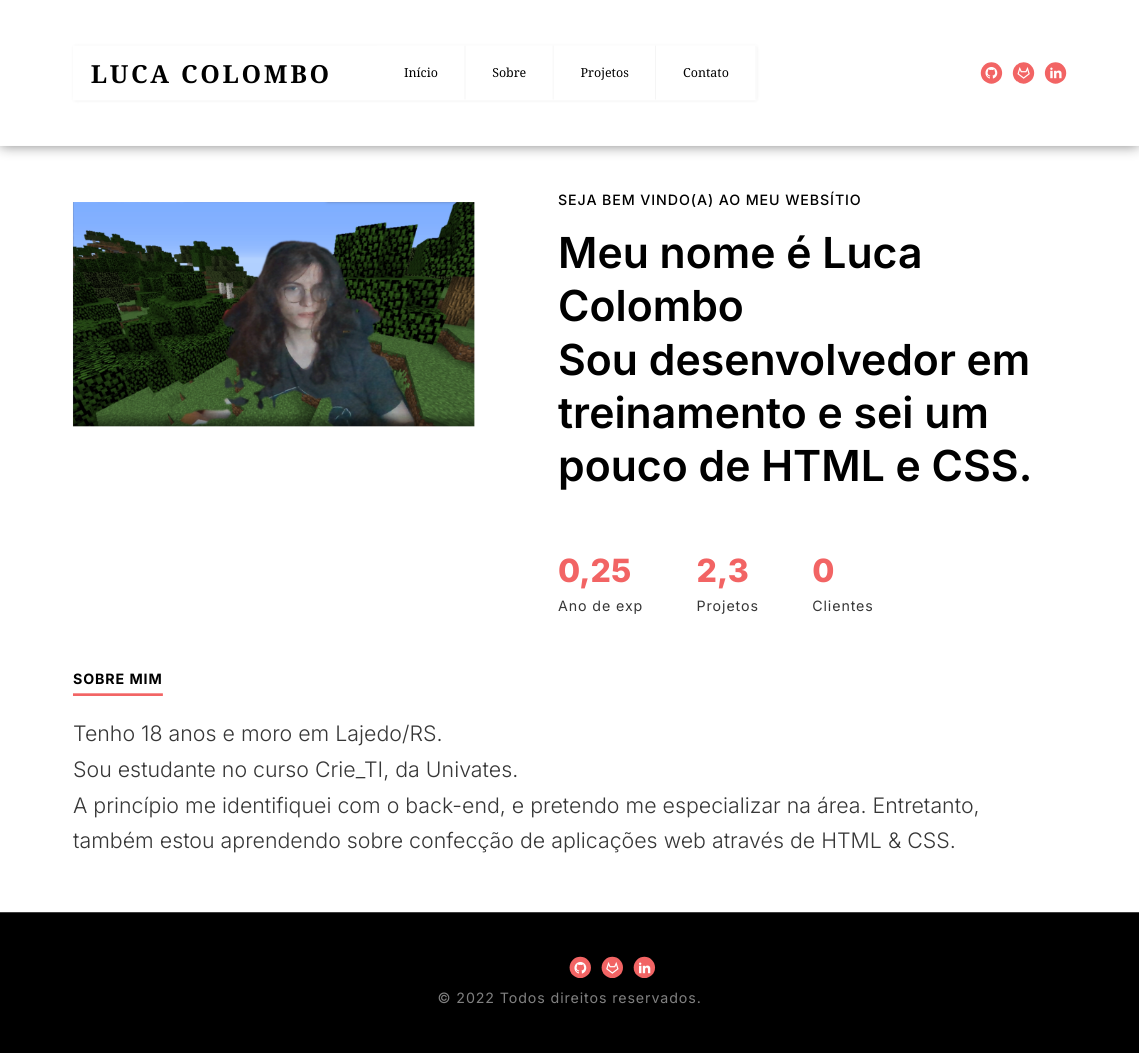
Repository: lxcxcxlxmb/portfolio
Page: index.html
These files come from the project's save history. The page is drawn as it stood at one moment and after the next save; the edit follows.
The browser window is 1280 px wide. The pictures show the whole page, at 89% of full size.

Above is the page before, as saved 2022-05-25 14:25:36.

### index.html
<!doctype html>
<html lang="pt-BR">

<head>
  <!-- Required meta tags -->
  <meta charset="utf-8">
  <meta name="viewport" content="width=device-width, initial-scale=1">
  <!-- Google Fots -->
  <link rel="preconnect" href="https://fonts.googleapis.com">
  <link rel="preconnect" href="https://fonts.gstatic.com" crossorigin>
  <link href="https://fonts.googleapis.com/css2?family=Inter:wght@100;200;300;400;500;600;700;800;900&display=swap"
    rel="stylesheet">
  <!-- Remixicon Icon -->
  <link href="https://cdn.jsdelivr.net/npm/remixicon@2.5.0/fonts/remixicon.css" rel="stylesheet">
  <!-- Remixicon Icon -->
  <!-- Bootstrap CSS -->
  <link href="https://cdn.jsdelivr.net/npm/bootstrap@5.0.2/dist/css/bootstrap.min.css" rel="stylesheet"
    integrity="sha384-EVSTQN3/azprG1Anm3QDgpJLIm9Nao0Yz1ztcQTwFspd3yD65VohhpuuCOmLASjC" crossorigin="anonymous">
  <link href="https://unpkg.com/aos@2.3.1/dist/aos.css" rel="stylesheet">
  <!-- Main CSS -->
  <link href="styles.css" rel="stylesheet">
  <link rel="stylesheet" href="reset.css">


  <title>portfolio</title>
</head>

<body>

  <!-- header -->
  <header class="ds-header" id="site-header">
    <div class="container">
      <div class="ds-header-inner">
        <!-- logo -->
        <a href="index.html" class="ds-logo">
          <span>L</span>Luca Colombo
        </a>
        <div class="header">
          <a href="index.html" class="logo">Luca Colombo</a>
          <input class="menu-btn" type="checkbox" id="menu-btn" />
          <label class="menu-icon" for="menu-btn"><span class="navicon"></span></label>
          <ul class="menu">
            <li><a href="index.html">Início</a></li>
            <li><a href="sobre.html">Sobre</a></li>
            <li><a href="projetos.html">Projetos</a></li>
            <li><a href="contato.html">Contato</a></li>
          </ul>
        </div>
        <!-- social -->
        <ul class="ds-social">
          <li><a href="https://github.com/lxcxcxlxmb" target="_blank"><i class="ri-github-fill"></i></a></li>
          <li><a href="https://gitlab.com/lxcxcxlxmbx" target="_blank"><i class="ri-gitlab-line"></i></a></li>
          <li><a href="https://www.linkedin.com/in/luca--colombo/" target="_blank"><i class="ri-linkedin-fill"></i></a>
          </li>
        </ul>
              <!-- social -->
      </div>
    </div>
  </header>
  <!-- header -->
  <!-- banner -->
  <div class="ds-banner">
    <div class="container">
      <div class="row">
        <div class="col-12 col-sm-12 col-md-5 col-lg-5 col-xl-5 col-xxl-5">
          <figure>
            <br>
            <br>
            <br>
            <img src="eu.png">
          </figure>
        </div>
        <div class="col-12 col-sm-12 col-md-7 col-lg-7 col-xl-7 col-xxl-7">
          <section>
            <h1>
              <span>SEJA BEM VINDO(A) AO MEU WEBSÍTIO</span>
              Meu nome é Luca Colombo <br> Sou desenvolvedor em treinamento e sei um pouco de HTML e CSS.
            </h1>
            <ul class="ds-numbervalulist">
              <li>
                <strong>0,25</strong>
                <span>Ano de exp</span>
              </li>
              <li>
                <strong>2,3</strong>
                <span>Projetos</span>
              </li>
              <li>
                <strong>0</strong>
                <span>Clientes</span>
              </li>
            </ul>
          </section>
        </div>
      </div>
    </div>
  </div>
  <!-- banner -->

  <!-- about -->
  <div class="ds-about-section">
    <div class="container">
      <section>
        <h2 class="ds-heading">Sobre mim</h2>
        <p>Tenho 18 anos e moro em Lajedo/RS.<br> Sou estudante no curso Crie_TI, da Univates.<br> A princípio me identifiquei com o back-end, e pretendo me especializar na área. Entretanto, também estou aprendendo sobre confecção de aplicações web através de HTML & CSS.</p>
      </section>
    </div>
  </div>
  <!-- about -->
  <!--  footer -->
  <footer class="ds-footer text-center">
    <div class="container">
      <section>

        <ul class="ds-social">
          <li><a href="https://github.com/lxcxcxlxmb" target="_blank"><i class="ri-github-fill"></i></a></li>
          <li><a href="https://gitlab.com/lxcxcxlxmbx" target="_blank"><i class="ri-gitlab-line"></i></a></li>
          <li><a href="https://www.linkedin.com/in/luca--colombo/" target="_blank"><i class="ri-linkedin-fill"></i></a>
          </li>
        </ul>
      </section>
      <span class="ds-copyright">© 2022 Todos direitos reservados.</span>
    </div>
  </footer>

</body>

</html>

### styles.css
/*
Theme Name: Jason Stroff

  1. >>> Headr Style
  2. >>> Banner Style
  3. >>> About Style
  4. >>> Skills Style
  5. >>> Experience Style
  6. >>> Work Style
  7. >>> Footer Style

*/
/*--------------------------------------------------------------
>>> TABLE OF CONTENTS:
----------------------------------------------------------------*/
html {
	font-family: 'Inter', sans-serif;
	background-color: #FFF
}

body {
	font-family: 'Inter', sans-serif;
	overflow-x: hidden;
	background-color: #FFF;
	font-weight: 400;
	font-style: normal;
	color: #373737;
	font-size: 14px
}

a,
a:hover,
a:focus,
i,
input,
button,
input:focus,
.transition {
	text-decoration: none;
	outline: none;
	transition-delay: 0s;
	transition-duration: 0.4s;
	transition-property: all;
	transition-timing-function: ease;
	box-shadow: none;
}

a {
	color: #000
}

iframe {
	border: 0;
	outline: none;
}

::-moz-selection {
	background: #000;
	text-shadow: none;
	color: #FFF
}

::selection {
	background: #000;
	text-shadow: none;
	color: #FFF
}

img {
	max-width: 100%;
	border: none;
	outline: none;
	height: auto;
}

input,
textarea {
	border-radius: 0;
	resize: none;
}

ul {
	padding: 0;
	margin: 0;
}

@font-face {
	font-family: 'Inter', sans-serif;
}

input:-webkit-autofill,
textarea:-webkit-autofill,
select:-webkit-autofill {
	background-color: transparent;
	background-image: none;
	color: #000;
}

/* 1.2 Typography */
h1,
h2,
h3,
h4,
h5,
h6 {
	font-family: 'Inter', sans-serif;
}

figure {
	margin: 0
}

svg,
img {
	max-width: 100%;
	height: auto;
}

/*-----------------------------------------------------------------
  1. >>> Headr Style
----------------------------------------------------------------*/
.ds-header {
	position: relative;
	top: 0;
	width: 100%;
	z-index: 5;
	background-color: #FFF;
	padding: 70px 0;
	transition-delay: 0s;
	transition-duration: 0.4s;
	transition-property: all;
	transition-timing-function: ease;
	box-shadow: 0 0 1em #858585;
	display: flex;
	align-items: center;
	justify-content: space-between;
}

.ds-header.ds-fixed-header {
	padding: 20px 0;
	box-shadow: 0px 0px 20px rgba(0, 0, 0, 0.25);
}

.ds-header-inner {
	display: flex;
	justify-content: space-between;
	align-items: center;
}

.logo {
	font-family:Georgia, 'Times New Roman', Times, serif;
	text-transform: uppercase;
	font-weight: bold;
	font-size: 18px;
	letter-spacing: 3px;
	color: #000;
	display: flex;
	align-items: center;
	flex-wrap: nowrap;
}

.logo span {
	display: flex;
	align-items: center;
	justify-content: center;
	width: 40px;
	height: 40px;
	background-color: #000;
	border-radius: 4px;
	color: #FFF;
	font-size: 22px;
	font-weight: 600;
	text-align: center;
}

.logo:hover {
	color: #F26464;
}

.ds-social {
	list-style: none;
	display: flex;
	align-items: center;
	flex-wrap: wrap;
}

.ds-social li {
	margin-left: 12px;
}

.ds-social li:first-child {
	margin-left: 0;
}

.ds-social li a {
	border-radius: 100%;
	color: #FFF;
	width: 24px;
	height: 24px;
	background-color: #F26464;
	display: flex;
	justify-content: center;
	align-items: center;
	text-align: center;
	font-size: 16px;
}

.ds-social li a:hover {
	background-color: #000;
	color: #FFF;
}

/*.ds-navbar {
	display: inline-block;
	color: #373737;
	font-size: 16px;
	padding: 10px 20px;
	background-color: #FFF;
	margin-right: 15px;
	margin-bottom: 15px;
	margin-top: 15px;
	font-weight: 500;
}*/

.activ {
	color: #fff;
	background-color: #FF0077;
}

.inactiv {
	color: #494949;
}

.inactiv:hover {
	color: #FF0077;
}

.header {
	background-color: #fff;
	box-shadow: 1px 1px 4px 0 rgba(0,0,0,.1);
	position: absolute;
	align-items: center;
	vertical-align: middle;
	width: 60%;
	z-index: 3;
  }

  .header ul {
	margin: 0;
	padding: 0;
	font-family:Georgia, 'Times New Roman', Times, serif;
	list-style: none;
	overflow: hidden;
	background-color: #fff;
  }

  .header li a {
	display: block;
	padding: 20px 20px;
	border-right: 1px solid #f4f4f4;
	text-decoration: none;
  }

  .header li a:hover,
  .header .menu-btn:hover {
	background-color: #f4f4f4;
	color: #F26464;
  }

  .header .logo {
	display: block;
	float: left;
	font-size: 2em;
	padding: 10px 20px;
	text-decoration: none;
  }

  /* menu */

  .header .menu {
	clear: both;
	max-height: 0;
	transition: max-height .2s ease-out;
  }

  /* menu icon */

  .header .menu-icon {
	cursor: pointer;
	display: inline-block;
	float: right;
	padding: 28px 20px;
	position: relative;
	user-select: none;
  }

  .header .menu-icon .navicon {
	background: #333;
	display: block;
	height: 2px;
	position: relative;
	transition: background .2s ease-out;
	width: 18px;
  }

  .header .menu-icon .navicon:before,
  .header .menu-icon .navicon:after {
	background: #333;
	content: '';
	display: block;
	height: 100%;
	position: absolute;
	transition: all .2s ease-out;
	width: 100%;
  }

  .header .menu-icon .navicon:before {
	top: 5px;
  }

  .header .menu-icon .navicon:after {
	top: -5px;
  }

  /* menu btn */

  .header .menu-btn {
	display: none;
  }

  .header .menu-btn:checked ~ .menu {
	max-height: 240px;
  }

  .header .menu-btn:checked ~ .menu-icon .navicon {
	background: transparent;
  }

  .header .menu-btn:checked ~ .menu-icon .navicon:before {
	transform: rotate(-45deg);
  }

  .header .menu-btn:checked ~ .menu-icon .navicon:after {
	transform: rotate(45deg);
  }

  .header .menu-btn:checked ~ .menu-icon:not(.steps) .navicon:before,
  .header .menu-btn:checked ~ .menu-icon:not(.steps) .navicon:after {
	top: 0;
  }

  /* 48em = 768px */

  @media (min-width: 48em) {
	.header li {
	  float: left;
	}
	.header li a {
	  padding: 20px 30px;
	}
	.header .menu {
	  clear: none;
	  float: right;
	  max-height: none;
	}
	.header .menu-icon {
	  display: none;
	}
  }

/*-----------------------------------------------------------------
  2. >>> Banner Style
----------------------------------------------------------------*/
.ds-banner section {
	padding-left: 70px;
	padding-right: 00px;
}

.ds-banner section h1 span {
	display: block;
	text-transform: uppercase;
	letter-spacing: 1px;
	font-weight: 500;
	font-size: 16px;
	padding-top: 30px;
}

.ds-banner section h1 {
	font-weight: 600;
	font-size: 48px;
	line-height: 60px;
	color: #000;
}

.ds-numbervalulist {
	list-style: none;
	display: flex;
	align-items: center;
	flex-wrap: wrap;
	margin: 0;
	padding: 0;
	margin-top: 60px;
}

.ds-numbervalulist li {
	margin-right: 60px;
}

.ds-numbervalulist li:last-child {
	margin-right: 0;
}

.ds-numbervalulist strong {
	display: block;
	color: #F26464;
	font-size: 36px;
	font-weight: 800;
}

.ds-numbervalulist span {
	font-size: 16px;
	letter-spacing: 1px;
}

/*-----------------------------------------------------------------
  3. >>> About Style
----------------------------------------------------------------*/
.ds-about-section {
	padding-top: 60px;
	padding-bottom: 0px;
}

.ds-heading {
	display: inline-block;
	font-weight: 700;
	color: #000;
	text-transform: uppercase;
	letter-spacing: 1px;
	font-size: 16px;
	border-bottom: 3px solid #F26464;
	padding-bottom: 7px;
	margin-bottom: 23px;
}

.ds-about-section p {
	color: #373737;
	font-size: 24px;
	line-height: 40px;
	font-weight: 300;
	margin-bottom: 60px;
}

.ds-button {
	display: inline-block;
	text-transform: uppercase;
	font-size: 12px;
	line-height: 13px;
	font-weight: 600;
	letter-spacing: 3px;
	color: #F26464;
	padding: 17px 30px;
	border: 2px solid #F26464;
	border-radius: 60px;
}

.ds-button:hover {
	background-color: #F26464;
	color: #FFF;
}

.ds-arrow-button i {
	display: inline-block;
	vertical-align: middle;
}

/*-----------------------------------------------------------------
  4. >>> Skills Style
----------------------------------------------------------------*/
.ds-skills-section {
	padding-bottom: 105px;
}

.ds-skills-list {
	list-style: none;
	padding: 0;
	margin: 0;
	display: flex;
	flex-wrap: wrap;
	align-items: center;
	margin-top: 11px;
}

.ds-skills-list li {
	display: inline-block;
	color: #373737;
	font-size: 16px;
	padding: 10px 20px;
	background-color: #FFF;
	border: 1px solid #D7D7D7;
	border-radius: 27px;
	margin-right: 15px;
	margin-bottom: 15px;
	font-weight: 500;
}

/*-----------------------------------------------------------------
  5. >>> Experience Style
----------------------------------------------------------------*/
.ds-experience-section {
	padding-bottom: 120px;
}

.ds-experience-list section {
	padding-right: 70px;
}

.ds-experience-list {
	padding-top: 15px;
}

.ds-officename {
	font-size: 24px;
	font-weight: 300;
	margin-bottom: 10px;
}

.ds-experience-list span {
	display: block;
}

span.ds-year {
	color: #373737;
	font-size: 14px;
	font-weight: 700;
	padding-bottom: 10px;
}

span.ds-department {
	color: #373737;
	font-weight: 500;
	font-size: 18px;
	padding-bottom: 30px;
}

.ds-experience-list p {
	font-size: 16px;
	line-height: 24px;
	font-weight: 300;
}

.ds-experience-list ul {
	list-style: none;
	padding: 0;
	margin: 0;
	padding-top: 10px;
}

.ds-experience-list ul li {
	font-size: 16px;
	line-height: 24px;
	font-weight: 300;
	padding-left: 28px;
	position: relative;
	margin-bottom: 20px;
}

.ds-experience-list ul li:before {
	content: "";
	position: absolute;
	left: 0;
	top: 10px;
	border-radius: 100%;
	width: 8px;
	height: 8px;
	background-color: #373737;
}

/*-----------------------------------------------------------------
  6. >>> Work Style
----------------------------------------------------------------*/
.ds-work-section {
	padding-bottom: 80px;
}

.ds-work-list {
	padding-left: 70px;
	padding-top: 40px;
	padding-right: 70px;
	background-color: #F6F8FA;
	margin-bottom: 40px;
}

.ds-work-list section {
	padding-top: 20px;
	padding-right: 120px;
}

.ds-work-tilte {
	color: #000;
	font-size: 30px;
	line-height: 36px;
	font-weight: 600;
	margin-bottom: 30px;
}

.ds-work-list p {
	font-weight: 300;
	font-size: 18px;
	line-height: 30px;
}

.ds-work-list .ds-button {
	margin-top: 20px;
}

.ds-work-det-hed {
	padding-top: 42px;
	padding-bottom: 80px;
}

.ds-work-det-title {
	font-weight: 600;
	color: #000;
	font-size: 48px;
	margin-bottom: 20px;
}

.ds-work-det-dep {
	display: block;
	font-weight: 600;
	color: #000;
	font-size: 18px;
}

.ds-work-content-sec {
	padding: 100px 0;
}

.ds-work-content-sec p {
	font-size: 18px;
	line-height: 36px;
	margin-bottom: 30px;
}

.ds-work-content-sec h2 {
	font-size: 30px;
	font-weight: 700;
	margin-bottom: 30px;
}

.ds-work-content-sec ul {
	list-style: none;
	padding: 0;
	margin: 0;
}

.ds-work-content-sec li {
	font-size: 18px;
	line-height: 36px;
	padding-left: 28px;
	position: relative;
	margin-bottom: 20px;
}

.ds-work-content-sec li:before {
	content: "";
	position: absolute;
	left: 0;
	top: 13px;
	border-radius: 100%;
	width: 8px;
	height: 8px;
	background-color: #373737;
}

/*-----------------------------------------------------------------
  7. >>> Footer Style
----------------------------------------------------------------*/
.ds-footer {
	background-color: #000;
	padding: 50px 0;
}

.ds-footer section {
	padding-bottom: 10px;
}

.ds-footer section span {
	color: rgba(255, 255, 255, 0.5);
	text-transform: uppercase;
	font-weight: 700;
	font-size: 16px;
	letter-spacing: 1px;
	display: block;
	padding-bottom: 20px;
}

.ds-footer section h4 {
	color: #FFF;
	font-size: 48px;
	font-weight: 700;
}

.ds-footer section p {
	letter-spacing: 1.13px;
	color: #FFF;
	font-size: 18px;
	margin-bottom: 40px;
}

.ds-footer ul {
	margin-left: 50%;
	margin-right: 40%;
}

.ds-copyright {
	color: rgba(255, 255, 255, 0.5);
	letter-spacing: 1px;
	font-size: 16px;
}

.ds-copyright a {
	color: rgba(255, 255, 255, 0.5);
}

.ds-copyright a:hover {
	color: #F26464;
}



/*-------------------------------------------------------------------------------
 Responsive XS Style @media (max-width: 767px)
-------------------------------------------------------------------------------*/
@media (max-width: 768px) {

	.ds-header,
	.ds-header.ds-fixed-header {
		padding: 15px 0;
	}

	.ds-banner,
	.ds-about-section,
	.ds-skills-section,
	.ds-experience-section,
	.ds-work-section,
	.ds-work-details-section {
		padding-left: 10px;
		padding-right: 10px;
	}

	/*.ds-logo {
		font-size: 0;
	}*/

	.ds-banner figure {
		padding: 30px 0;
	}

	.ds-banner section {
		padding-left: 0;
		padding-right: 0;
	}

	.ds-banner section h1 span {
		padding-bottom: 0;
	}

	.ds-banner section h1,
	.ds-work-det-title {
		font-size: 30px;
		line-height: 40px;
	}

	.ds-numbervalulist {
		margin-top: 20px;
	}

	.ds-numbervalulist li {
		margin-right: 30px;
	}

	.ds-numbervalulist strong {
		font-size: 30px;
	}

	.ds-numbervalulist span {
		font-size: 14px;
	}

	.ds-about-section {
		padding-bottom: 60px;
	}

	.ds-about-section p,
	.ds-work-content-sec p,
	.ds-work-content-sec li {
		font-size: 15px;
		line-height: 30px;
		margin-bottom: 0px;
	}

	.ds-skills-list li {
		margin-right: 10px;
		margin-bottom: 10px;
		font-size: 14px;
	}

	.ds-skills-section .col-12,
	.ds-experience-list .col-12 {
		margin-bottom: 40px;
	}

	.ds-skills-section,
	.ds-work-section,
	.ds-experience-section {
		padding-bottom: 0;
	}

	.ds-experience-list section {
		padding-right: 0;
	}

	.ds-work-list {
		padding: 30px;
	}

	.ds-work-list p {
		font-size: 15px;
		line-height: 30px;
	}

	.ds-footer {
		padding: 60px 10px;
	}

	.ds-footer section h4 {
		font-size: 40px;
	}

	.ds-copyright {
		font-size: 14px;
	}

	.ds-footer section {
		padding-bottom: 30px;
	}

	.ds-button {
		padding: 11px 10px;
	}

	.ds-work-details-section {
		padding-top: 30px;
	}

	.ds-work-det-title {
		margin-bottom: 7px;
	}

	.ds-work-content-sec h2 {
		font-size: 20px;
	}

	.ds-work-content-sec {
		padding: 30px 0;
	}

	.ds-work-list section {
		padding-right: 0;
		padding-bottom: 30px;
	}
}


@media (min-width: 768px) and (max-width: 991px) {
	.ds-work-list section {
		padding-right: 30px;
	}

}

@media (min-width: 992px) and (max-width: 1199px) {
	.ds-banner section {
		padding-right: 0;
	}

	.ds-work-list section {
		padding-right: 30px;
		padding-bottom: 60px;
	}


}

### reset.css
/*
html, body, div, span, applet, object, iframe,
h1, h2, h3, h4, h5, h6, p, blockquote, pre,
a, abbr, acronym, address, big, cite, code,
del, dfn, em, img, ins, kbd, q, s, samp,
small, strike, strong, sub, sup, tt, var,
b, u, i, center,
dl, dt, dd, ol, ul, li,
fieldset, form, label, legend,
table, caption, tbody, tfoot, thead, tr, th, td,
article, aside, canvas, details, embed,
figure, figcaption, footer, header, hgroup,
menu, nav, output, ruby, section, summary,
time, mark, audio, video {
	margin: 0;
	padding: 0;
	border: 0;
	font-size: 100%;
	font: inherit;
	vertical-align: baseline;
}
/* HTML5 display-role reset for older browsers */
/*
article, aside, details, figcaption, figure,
footer, header, hgroup, menu, nav, section {
	display: block;
}
body {
	line-height: 1;
}
ol, ul {
	list-style: none;
}
blockquote, q {
	quotes: none;
}
blockquote:before, blockquote:after,
q:before, q:after {
	content: '';
	content: none;
}
table {
	border-collapse: collapse;
	border-spacing: 0;
}*/

After the next save:
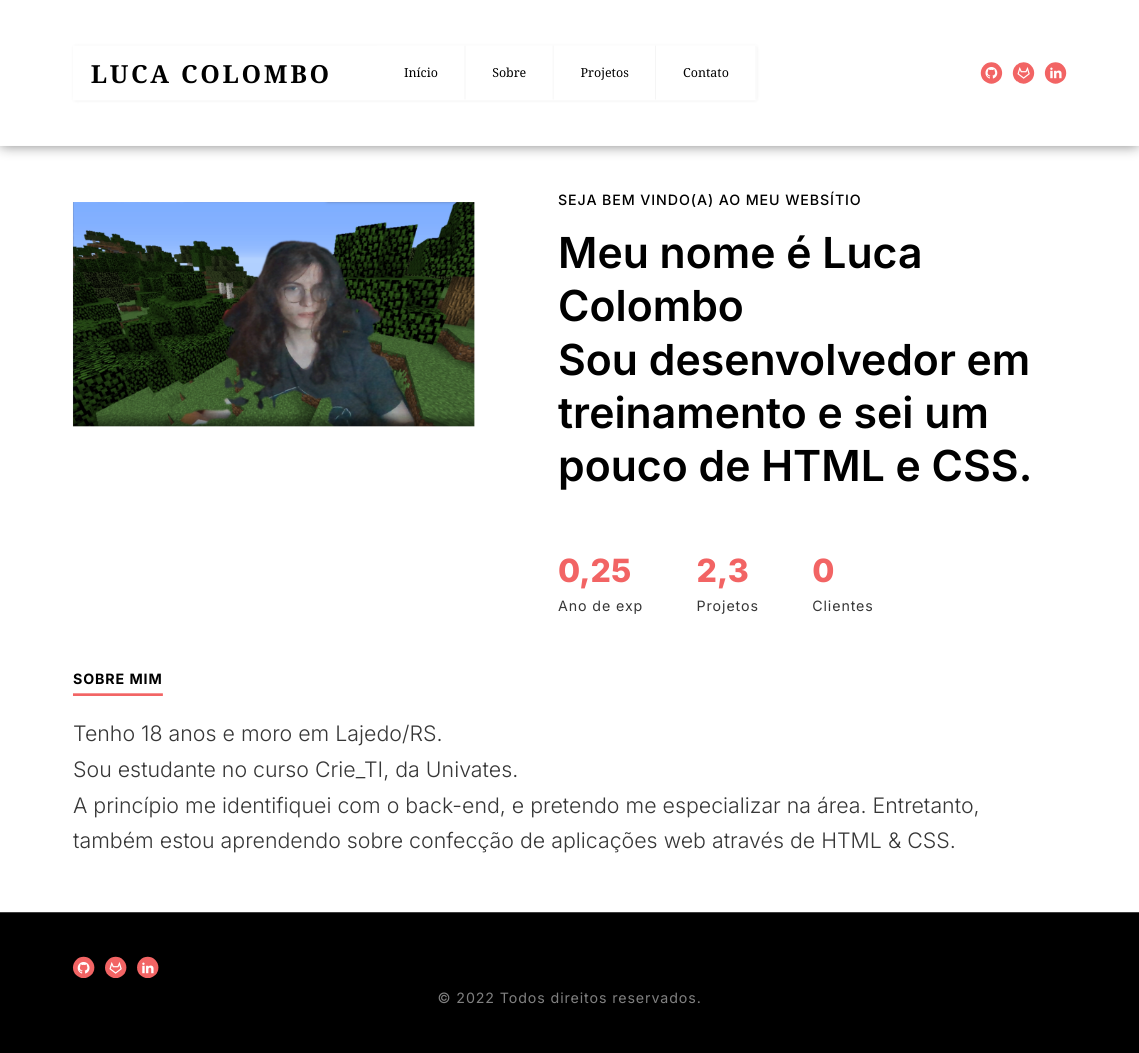
Saved 54 s later.
--- a/styles.css
+++ b/styles.css
@@ -709,8 +709,7 @@ span.ds-department {
 }
 
 .ds-footer ul {
-	margin-left: 50%;
-	margin-right: 40%;
+	align-items: center;
 }
 
 .ds-copyright {
